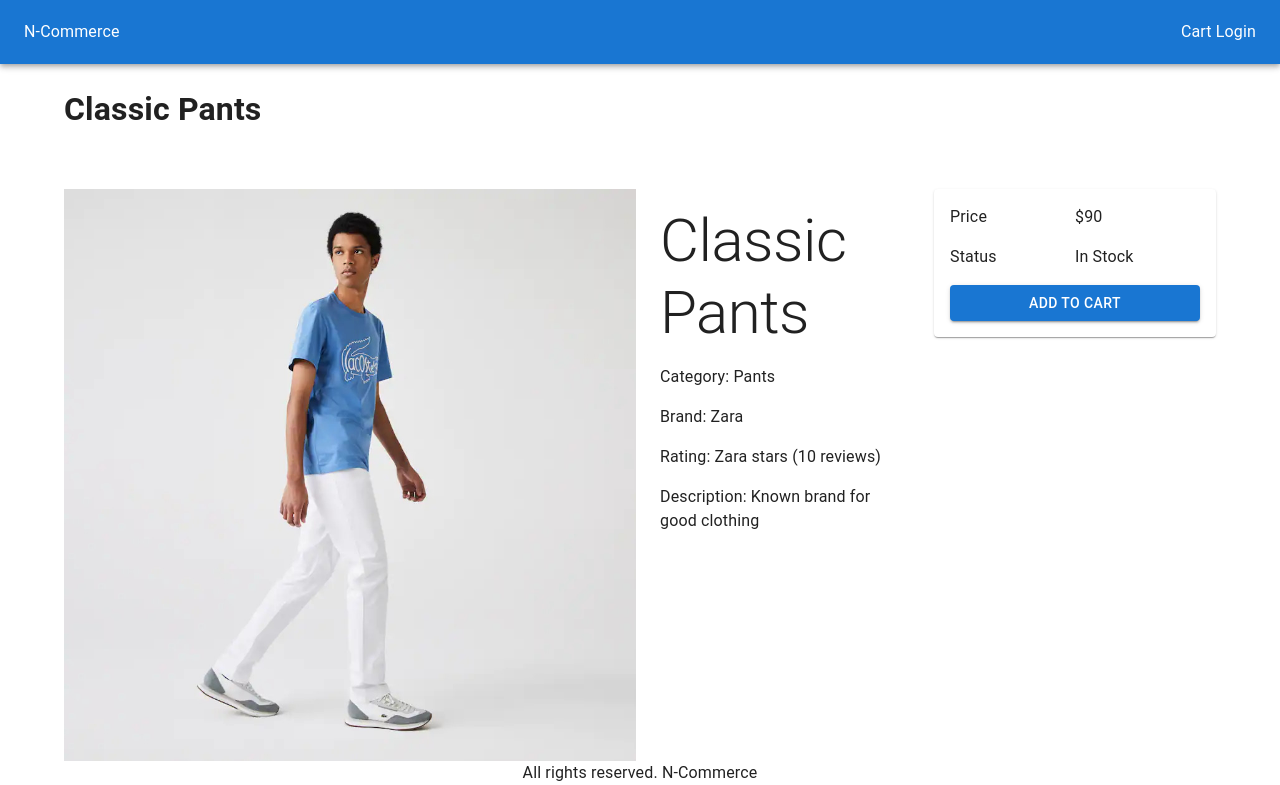
Repository: AK0493/Next-Commerce
Page: /product/classic-pants
The author's editor kept a copy of each file at every save. The page is drawn from the files as they stood at one save, then again after the next save.
The browser window is 1280 px wide. The pictures show the whole page.
The project was rebuilt for these pictures with package versions that can differ from the ones it lists, and the page was loaded fresh each time. The framework's server and built-in components were replaced by stand-ins that run in the browser. Also part of the build but not shown: next.config.js.

Above is the page before, as saved 2022-02-07 13:43:39.

After the next save:
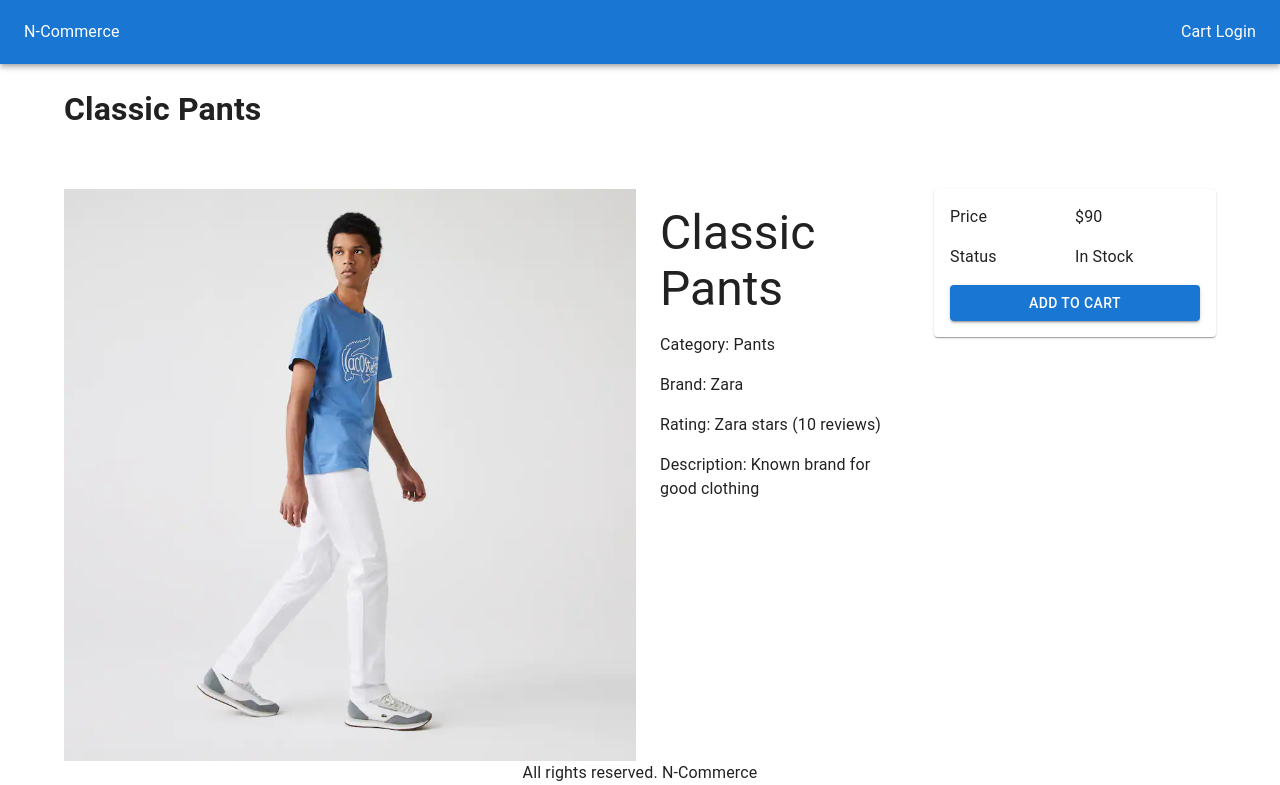
Saved 13 s later.
--- a/pages/product/[slug].js
+++ b/pages/product/[slug].js
@@ -47,7 +47,7 @@
         <Grid item md={3} xs={12}>
           <List>
             <ListItem>
-              <Typography component="h2" variant="h2">
+              <Typography component="h3" variant="h3">
                 {product.name}
               </Typography>
             </ListItem>
